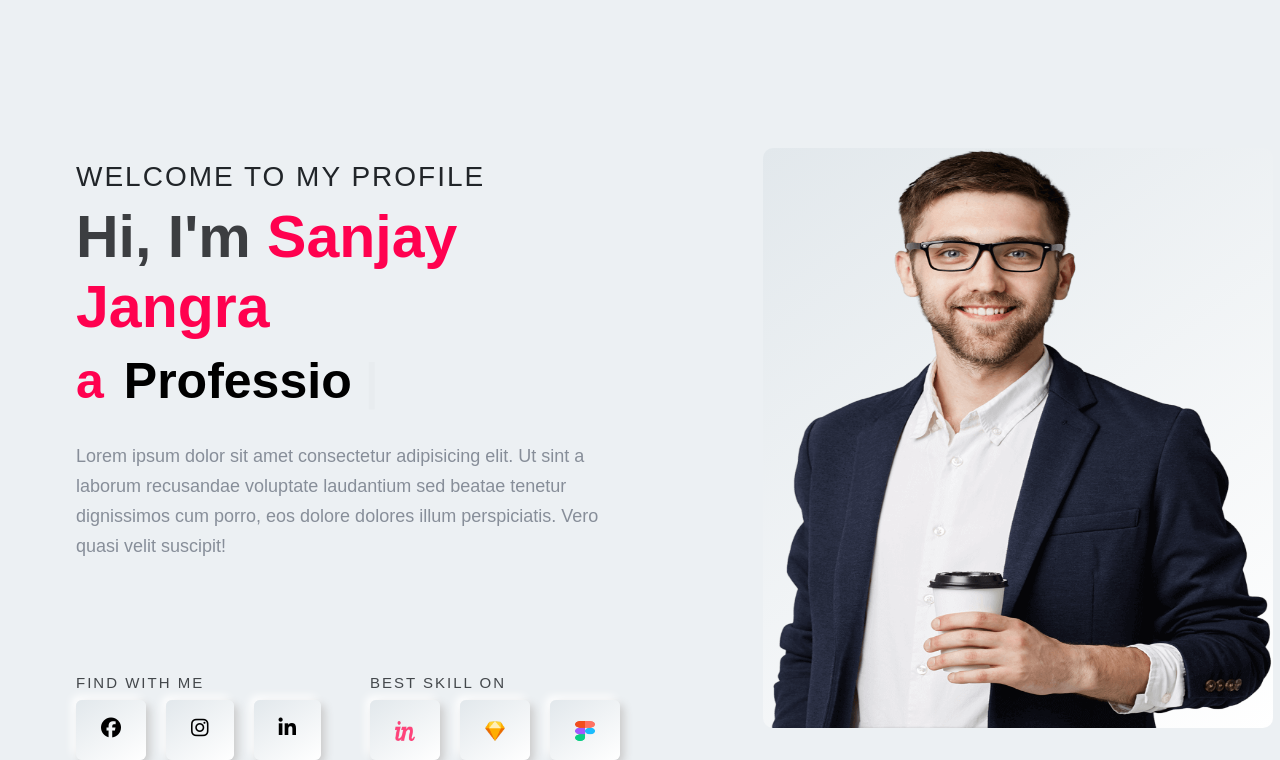
Repository: Sanjayjangra88/PortFolio
Page: /
An editor plug-in stored every save of this project. The page is shown before and after the next save, followed by the edit.
The browser window is 1280 px wide. The pictures show the whole page.
Some web libraries are served in a nearby version. The project was rebuilt for these pictures with package versions that can differ from the ones it lists, and the page was loaded fresh each time. Also part of the build but not shown: src/Components/Header/Header.jsx.

Above is the page before, as saved 2022-09-10 21:59:00.

After the next save:
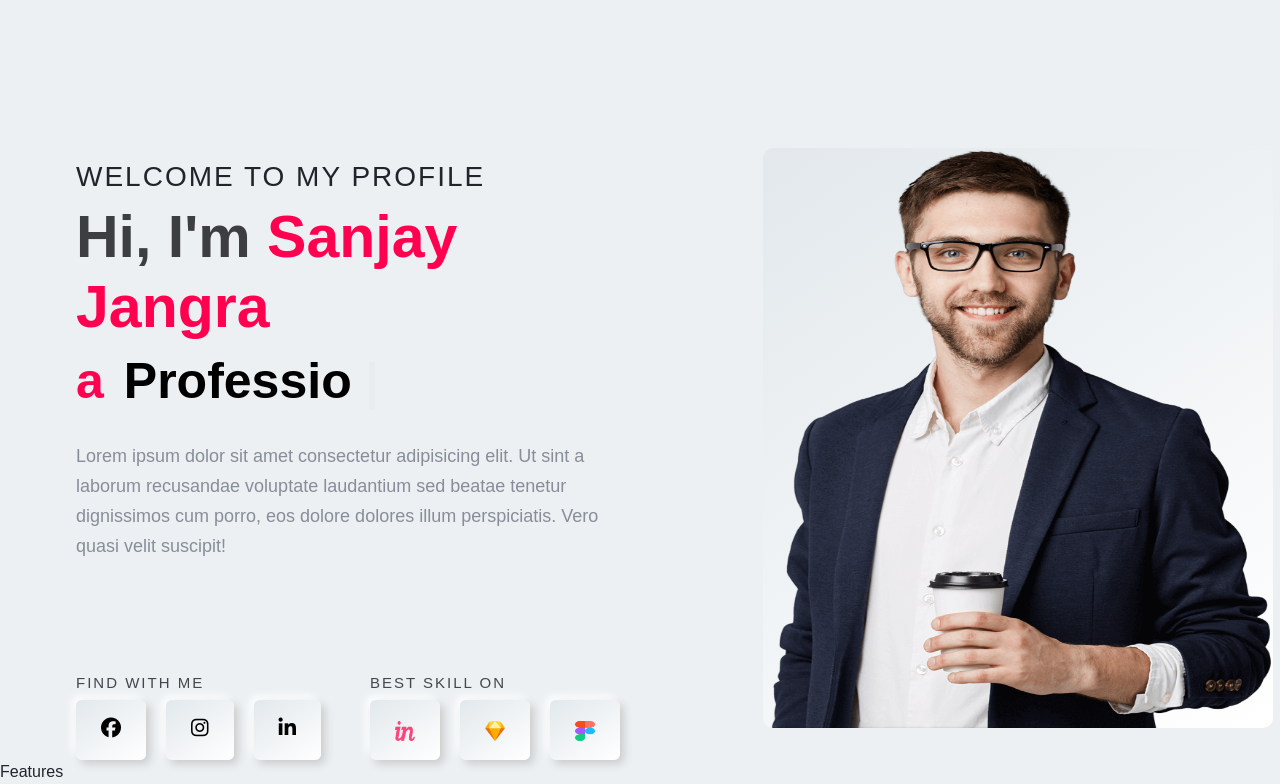
Saved 23 s later.
--- a/src/App.js
+++ b/src/App.js
@@ -2,11 +2,13 @@ import React from 'react'
 import Header from './Components/Header/Header';
 import "./App.css"
 import Home from './Components/Home/Home';
+import Features from './Components/Features/Features';
 const App = () => {
   return (
     <>
       {/* <Header/> */}
       <Home/>
+      <Features/>
     </>
   )
 }
